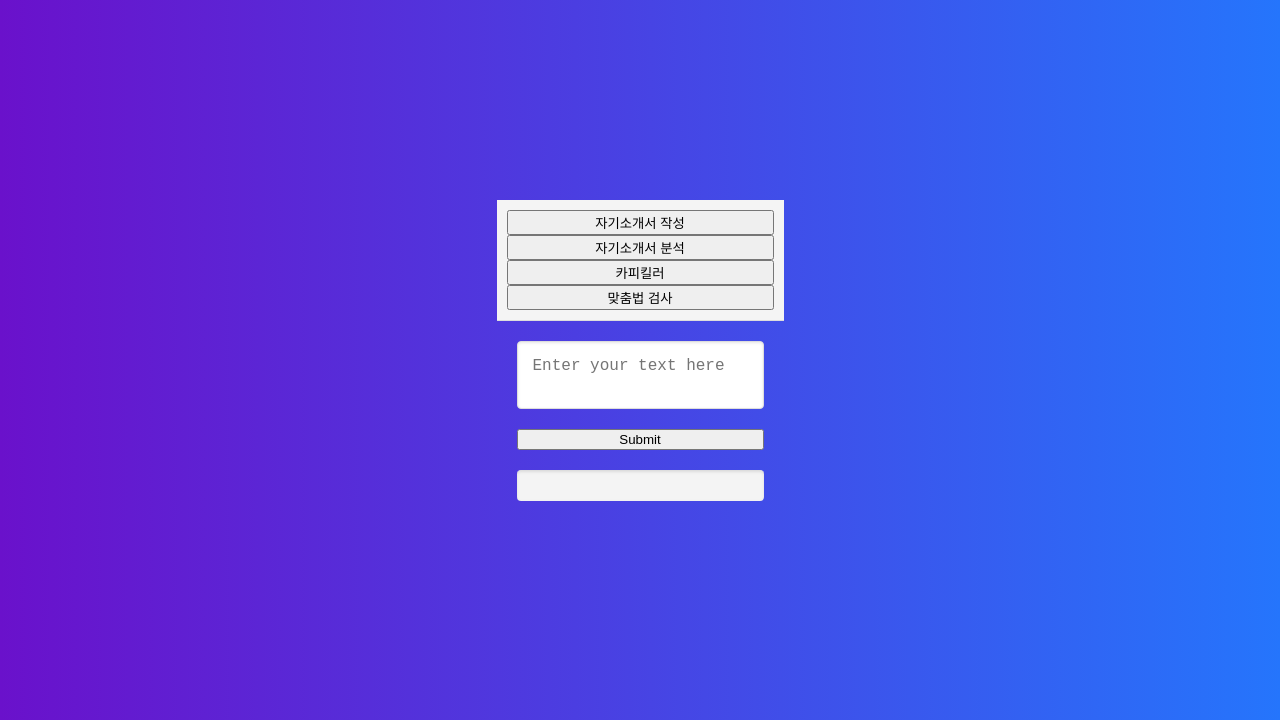
Repository: Choi9912/Flask_IntroduceGPT
Page: http://localhost/
An editor plug-in stored every save of this project. The page is shown before and after the next save, followed by the edit.
The browser window is 1280 px wide. The pictures show the whole page.
The page is served by the project's application, run on Flask 3 (app.py).

Above is the page before, as saved 2024-07-30 12:18:37.

### templates/index.html
<!doctype html>
<html lang="en">
<head>
    <meta charset="UTF-8">
    <title>AI Q&A</title>
    <link rel="stylesheet" href="{{ url_for('static', filename='style.css') }}">
</head>
<body>
    <div class="container">
        <div class="sidebar">
            <button id="sendBtn">자기소개서 작성</button>
            <button id="analyzeBtn">자기소개서 분석</button>
            <button id="plagiarismBtn">카피킬러</button>
            <button id="spellCheckBtn">맞춤법 검사</button>
        </div>
        <div class="content">
            <textarea id="inputArea" placeholder="Enter your text here" spellcheck="false"></textarea>
            <button id="actionBtn">Submit</button>
            <div id="output"></div>
        </div>
    </div>
    <script src="{{ url_for('static', filename='script.js') }}"></script>
</body>
</html>

### app.py
from flask import Flask, request, jsonify, render_template
import requests
import logging
import os

from dotenv import load_dotenv

load_dotenv()
API_URL = os.getenv('API_URL')
# Configure logging
logging.basicConfig(level=logging.DEBUG)

app = Flask(__name__)

class SelfIntroductionAnalyzer:
    def __init__(self, api_url):
        self.api_url = api_url

    def analyze(self, introduction, method):
        if method == 'iterative_refinement':
            return self.iterative_refinement(introduction)
        elif method == 'step_by_step':
            return self.step_by_step(introduction)
        elif method == 'few_shot':
            return self.few_shot(introduction)
        elif method == 'constraint_setting':
            return self.constraint_setting(introduction)
        else:
            return 'Error: Invalid method'

    def iterative_refinement(self, introduction):
        return self.send_request(self.create_messages(introduction))

    def step_by_step(self, introduction):
        steps = [
            "단계 1: 자기소개서를 분석합니다.",
            "단계 2: 주요 포인트와 주제를 식별합니다.",
            "단계 3: 구조와 일관성을 평가합니다."
        ]
        messages = self.create_messages(introduction, " ".join(steps))
        return self.send_request(messages)

    def few_shot(self, introduction):
        examples = [
            {"role": "user", "content": "자기소개서의 강점을 분석해주세요.", "role": "assistant", "content": "자기소개서의 강점은 명확한 목표 설정과 구체적인 경험 사례입니다."},
            {"role": "user", "content": "자기소개서에서 개선할 점을 알려주세요.", "role": "assistant", "content": "자기소개서의 개선할 점은 내용의 일관성과 논리적 흐름입니다."}
        ]
        messages = self.create_messages(introduction, examples=examples)
        return self.send_request(messages)

    def constraint_setting(self, introduction):
        constraints = "최대한 자세하게 알려주세요."
        messages = self.create_messages(introduction, constraints)
        return self.send_request(messages)

    def create_messages(self, introduction, additional_content="", examples=None):
        messages = [
            {"role": "system", "content": "당신은 자기소개서를 분석하는 AI입니다."},
            {"role": "user", "content": f"다음 자기소개서를 분석해주세요: {introduction} {additional_content}"}
        ]
        if examples:
            messages = [{"role": ex["role"], "content": ex["content"]} for ex in examples] + messages
        return messages

    def send_request(self, messages):
        try:
            response = requests.post(self.api_url, json=messages)
            response.raise_for_status()
            return response.json().get('choices')[0]['message']['content']
        except requests.RequestException as e:
            logging.error(f"Error in SelfIntroductionAnalyzer: {e}")
            return 'Error: Unable to get a response from the API'


class SelfIntroductionWriter:
    def __init__(self, api_url):
        self.api_url = api_url

    def write(self, prompt, method):
        if method == 'iterative_refinement':
            return self.iterative_refinement(prompt)
        elif method == 'step_by_step':
            return self.step_by_step(prompt)
        elif method == 'few_shot':
            return self.few_shot(prompt)
        elif method == 'constraint_setting':
            return self.constraint_setting(prompt)
        else:
            return 'Error: Invalid method'

    def iterative_refinement(self, prompt):
        return self.send_request(self.create_messages(prompt))

    def step_by_step(self, prompt):
        steps = [
            "단계 1. 소제목을 넣자: 자기소개서에 소제목을 추가합니다.",
            "단계 2. 두괄식으로 작성하자: 결론부터 말하고 자세한 내용을 덧붙입니다.",
            "단계 3. 문장을 간결하게, 문단을 나눠서 쓰자: 간결하고 명확한 문장을 사용하고, 적절한 문단 나누기로 가독성을 높입니다."
   ]
        messages = self.create_messages(prompt, " ".join(steps))
        return self.send_request(messages)

    def few_shot(self, prompt):
        examples = [
            {
                "role": "user",
                "content": "자기소개서를 작성해주세요.",
                "role": "assistant",
                "content": (
                    "① 경력 소개: 저는 열정적이고 성실한 사람입니다. "
                    "② 성장 과정: 다양한 경험을 통해 성장했습니다. "
                    "③ 결론: 저의 협력과 도전정신을 바탕으로 회사에 기여하고 싶습니다."
                )
            },
            {
                "role": "user",
                "content": "자기소개서의 핵심을 작성해주세요.",
                "role": "assistant",
                "content": (
                    "- 소개: 저는 협력과 도전정신을 중요시합니다. "
                    "- 경험: 항상 새로운 것을 배우고자 합니다. "
                    "- 목표: 이러한 태도로 귀사에 큰 기여를 하고 싶습니다."
                )
            }
        ]
        messages = self.create_messages(prompt, examples=examples)
        return self.send_request(messages)

    def constraint_setting(self, prompt):
        constraints = "소제목을 포함하고, 두괄식으로 작성하며, 문장을 간결하게 쓰고, 문단을 나누어 주세요."
        messages = self.create_messages(prompt, constraints)
        return self.send_request(messages)

    def create_messages(self, prompt, additional_content="", examples=None):
        messages = [
            {"role": "system", "content": "당신은 자기소개서를 작성하는 AI입니다."},
            {"role": "user", "content": f"다음 프롬프트로 자기소개서를 작성해주세요: {prompt} {additional_content}"}
        ]
        if examples:
            messages = [{"role": ex["role"], "content": ex["content"]} for ex in examples] + messages
        return messages

    def send_request(self, messages):
        try:
            response = requests.post(self.api_url, json=messages)
            response.raise_for_status()
            return response.json().get('choices')[0]['message']['content']
        except requests.RequestException as e:
            logging.error(f"Error in SelfIntroductionWriter: {e}")
            return 'Error: Unable to get a response from the API'



class PlagiarismDetector:
    def __init__(self, api_url):
        self.api_url = api_url

    def check_plagiarism(self, text, method):
        if method == 'iterative_refinement':
            return self.iterative_refinement(text)
        elif method == 'step_by_step':
            return self.step_by_step(text)
        elif method == 'few_shot':
            return self.few_shot(text)
        elif method == 'constraint_setting':
            return self.constraint_setting(text)
        else:
            return 'Error: Invalid method'

    def iterative_refinement(self, text):
        return self.send_request(self.create_messages(text))

    def step_by_step(self, text):
        steps = [
            "단계 1: 텍스트를 분석합니다.",
            "단계 2: 주요 포인트와 주제를 식별합니다.",
            "단계 3: 문장 구조와 단어 선택을 평가합니다.",
            "단계 4: 아이디어의 독창성을 평가합니다.",
            "단계 5: 다른 출처와의 유사성을 평가합니다."
        ]
        messages = self.create_messages(text, " ".join(steps))
        return self.send_request(messages)

    def few_shot(self, text):
        examples = [
            {"role": "user", "content": "다음 텍스트의 표절 여부를 검사해주세요.", "role": "assistant", "content": "이 텍스트는 다음 알려진 텍스트와 유사합니다: [알려진 텍스트]."},
            {"role": "user", "content": "이 텍스트는 표절인가요?", "role": "assistant", "content": "이 텍스트는 [알려진 텍스트]와 유사하므로 표절로 간주됩니다."}
        ]
        messages = self.create_messages(text, examples=examples)
        return self.send_request(messages)

    def constraint_setting(self, text):
        constraints = "텍스트의 모든 부분을 꼼꼼히 검사하고, 문장 구조, 단어 선택, 아이디어의 독창성을 고려하여 다른 출처와의 유사성을 평가해주세요."
        messages = self.create_messages(text, constraints)
        return self.send_request(messages)

    def create_messages(self, text, additional_content="", examples=None):
        messages = [
            {"role": "system", "content": "당신은 텍스트를 분석하여 표절 여부를 판단하는 AI입니다."},
            {"role": "user", "content": f"다음 텍스트의 표절 여부를 검사해주세요: {text} {additional_content}"}
        ]
        if examples:
            messages = [{"role": ex["role"], "content": ex["content"]} for ex in examples] + messages
        return messages

    def send_request(self, messages):
        try:
            response = requests.post(self.api_url, json=messages)
            response.raise_for_status()
            return response.json().get('choices')[0]['message']['content']
        except requests.RequestException as e:
            logging.error(f"Error in PlagiarismDetector: {e}")
            return 'Error: Unable to get a response from the API'



class SpellChecker:
    def __init__(self, api_url):
        self.api_url = api_url

    def check(self, text, method):
        if method == 'iterative_refinement':
            return self.iterative_refinement(text)
        elif method == 'step_by_step':
            return self.step_by_step(text)
        elif method == 'few_shot':
            return self.few_shot(text)
        elif method == 'constraint_setting':
            return self.constraint_setting(text)
        else:
            return 'Error: Invalid method'

    def iterative_refinement(self, text):
        return self.send_request(self.create_messages(text))

    def step_by_step(self, text):
        steps = [
            "단계 1: 텍스트를 분석합니다.",
            "단계 2: 철자 오류를 식별합니다.",
            "단계 3: 문법 오류를 식별합니다.",
            "단계 4: 문장 구조를 평가합니다.",
            "단계 5: 전체 텍스트의 일관성을 평가합니다."
        ]
        messages = self.create_messages(text, " ".join(steps))
        return self.send_request(messages)

    def few_shot(self, text):
        examples = [
            {"role": "user", "content": "다음 텍스트의 맞춤법을 검사해주세요.", "role": "assistant", "content": "이 텍스트에는 다음과 같은 철자 오류가 있습니다: [오류 예시]."},
            {"role": "user", "content": "이 텍스트의 문법 오류를 수정해주세요.", "role": "assistant", "content": "이 텍스트에는 다음과 같은 문법 오류가 있습니다: [오류 예시]."}
        ]
        messages = self.create_messages(text, examples=examples)
        return self.send_request(messages)

    def constraint_setting(self, text):
        constraints = "텍스트의 철자와 문법을 철저히 검사하고, 문장 구조와 일관성을 고려하여 전체 텍스트를 평가해주세요."
        messages = self.create_messages(text, constraints)
        return self.send_request(messages)

    def create_messages(self, text):
        return [
            {"role": "system", "content": "당신은 맞춤법 검사 AI입니다."},
            {"role": "user", "content": f"다음 글의 맞춤법을 확인해주세요: {text}"}
        ]

    def send_request(self, messages):
        try:
            response = requests.post(self.api_url, json=messages)
            response.raise_for_status()
            return response.json().get('choices')[0]['message']['content']
        except requests.RequestException as e:
            logging.error(f"Error in SpellChecker: {e}")
            return 'Error: Unable to get a response from the API'


class PromptOptimizerApp:
    def __init__(self, analyzer, writer, plagiarism_detector, spell_checker):
        self.app = Flask(__name__)
        self.analyzer = analyzer
        self.writer = writer
        self.plagiarism_detector = plagiarism_detector
        self.spell_checker = spell_checker
        self.setup_routes()

    def setup_routes(self):
        self.app.add_url_rule('/', 'index', self.index)
        self.app.add_url_rule('/generate', 'generate', self.generate, methods=['POST'])
        self.app.add_url_rule('/analyze', 'analyze', self.analyze_route, methods=['POST'])
        self.app.add_url_rule('/write', 'write', self.write_route, methods=['POST'])
        self.app.add_url_rule('/plagiarism_check', 'plagiarism_check', self.plagiarism_check_route, methods=['POST'])
        self.app.add_url_rule('/spell_check', 'spell_check', self.spell_check_route, methods=['POST'])

    def index(self):
        return render_template('index.html')

    def generate(self):
        data = request.get_json()
        question = data.get('question')
        logging.debug(f"Received question: {question}")

        answer = self.writer.iterative_refinement(question)
        return jsonify({'answer': answer})

    def analyze_route(self):
        data = request.get_json()
        introduction = data.get('introduction')
        method = data.get('method', 'iterative_refinement')  # Default to 'iterative_refinement'
        logging.debug(f"Received introduction: {introduction} with method: {method}")
        analysis = self.analyzer.analyze(introduction, method)
        return jsonify({'analysis': analysis})

    def write_route(self):
        data = request.get_json()
        prompt = data.get('prompt')
        method = data.get('method', 'iterative_refinement')  # Default to 'iterative_refinement'
        logging.debug(f"Received prompt: {prompt} with method: {method}")
        writing = self.writer.write(prompt, method)
        return jsonify({'writing': writing})

    def plagiarism_check_route(self):
        data = request.get_json()
        text = data.get('text')
        method = data.get('method', 'iterative_refinement')  # Default to 'iterative_refinement'
        logging.debug(f"Received text for plagiarism check: {text} with method: {method}")
        report = self.plagiarism_detector.check_plagiarism(text, method)

        return jsonify({'plagiarism_report': report})


    def spell_check_route(self):
        data = request.get_json()
        text = data.get('text')
        method = data.get('method', 'iterative_refinement')  # Default to 'iterative_refinement'
        logging.debug(f"Received text for spell check: {text} with method: {method}")
        report = self.spell_checker.check(text, method)
        return jsonify({'spell_check_report': report})

    def run(self):
        self.app.run(debug=True)

if __name__ == '__main__':
    analyzer = SelfIntroductionAnalyzer(API_URL)
    writer = SelfIntroductionWriter(API_URL)
    plagiarism_detector = PlagiarismDetector(API_URL)
    spell_checker = SpellChecker(API_URL)
    app_instance = PromptOptimizerApp(analyzer, writer, plagiarism_detector, spell_checker)
    app_instance.run()

### static/style.css
body {
    margin: 0;
    font-family: 'Roboto', sans-serif;
    background: linear-gradient(to right, #6a11cb, #2575fc);
    display: flex;
    justify-content: center;
    align-items: center;
    min-height: 100vh;
}

.app-container {
    display: flex;
    flex-direction: column;
    width: 100%;
    max-width: 480px;
    border-radius: 10px;
    box-shadow: 0 8px 16px rgba(0, 0, 0, 0.2);
    background-color: #ffffff;
    overflow: hidden;
    animation: fadeIn 1s ease-in-out;
}

.header {
    background-color: #007bff;
    color: #ffffff;
    text-align: center;
    padding: 15px;
}

.sidebar {
    display: flex;
    flex-direction: column;
    padding: 10px;
    background-color: #f4f4f4;
    border-bottom: 1px solid #ddd;
    animation: slideIn 0.5s ease-in-out;
}

.sidebar-btn {
    padding: 10px;
    margin: 5px 0;
    border: none;
    border-radius: 4px;
    background-color: #007bff;
    color: #ffffff;
    cursor: pointer;
    font-size: 14px;
    transition: background-color 0.3s, box-shadow 0.3s, transform 0.3s;
}

.sidebar-btn:hover {
    background-color: #0056b3;
    box-shadow: 0 4px 8px rgba(0, 0, 0, 0.1);
    transform: translateY(-2px);
}

.content {
    padding: 20px;
    position: relative;
    animation: fadeIn 1s ease-in-out;
    display: flex;
    flex-direction: column;
}

#inputArea {
    flex: 1;
    margin-bottom: 20px;
    padding: 15px;
    font-size: 16px;
    border: 1px solid #ddd;
    border-radius: 4px;
    resize: none;
    box-shadow: inset 0 1px 3px rgba(0, 0, 0, 0.1);
    transition: border-color 0.3s, box-shadow 0.3s;
}

#inputArea:focus {
    border-color: #007bff;
    box-shadow: 0 0 5px rgba(0, 123, 255, 0.5);
}

.submit-btn {
    padding: 10px;
    cursor: pointer;
    background-color: #007bff;
    color: #fff;
    border: none;
    border-radius: 4px;
    font-size: 16px;
    transition: background-color 0.3s, box-shadow 0.3s, transform 0.3s;
    align-self: flex-end;
}

.submit-btn:hover {
    background-color: #0056b3;
    box-shadow: 0 4px 8px rgba(0, 0, 0, 0.1);
    transform: translateY(-2px);
}

#output {
    margin-top: 20px;
    border-top: 1px solid #ddd;
    padding: 15px;
    background-color: #f4f4f4;
    border-radius: 4px;
    box-shadow: inset 0 1px 3px rgba(0, 0, 0, 0.1);
    animation: fadeIn 1s ease-in-out;
}

/* Animations */
@keyframes fadeIn {
    from { opacity: 0; }
    to { opacity: 1; }
}

@keyframes slideIn {
    from { transform: translateY(-100%); }
    to { transform: translateY(0); }
}

### static/script.js
document.addEventListener('DOMContentLoaded', function() {
    const sendBtn = document.getElementById('sendBtn');
    const analyzeBtn = document.getElementById('analyzeBtn');
    const plagiarismBtn = document.getElementById('plagiarismBtn');
    const spellCheckBtn = document.getElementById('spellCheckBtn');
    const actionBtn = document.getElementById('actionBtn');
    const inputArea = document.getElementById('inputArea');
    const outputDiv = document.getElementById('output');

    let currentAction = null;

    sendBtn.addEventListener('click', () => {
        currentAction = 'generate';
        inputArea.placeholder = 'Enter your question here';
    });

    analyzeBtn.addEventListener('click', () => {
        currentAction = 'analyze';
        inputArea.placeholder = 'Enter your self-introduction here';
    });

    plagiarismBtn.addEventListener('click', () => {
        currentAction = 'plagiarism_check';
        inputArea.placeholder = 'Enter your text for plagiarism check';
    });

    spellCheckBtn.addEventListener('click', () => {
        currentAction = 'spell_check';
        inputArea.placeholder = 'Enter your text for spell check';
    });

    actionBtn.addEventListener('click', () => {
        const text = inputArea.value;
        if (text.trim() === '' || !currentAction) return;

        let url;
        const body = {};

        switch (currentAction) {
            case 'generate':
                url = '/generate';
                body.question = text;
                break;
            case 'analyze':
                url = '/analyze';
                body.introduction = text;
                body.method = 'iterative_refinement'; // Default method
                break;
            case 'plagiarism_check':
                url = '/plagiarism_check';
                body.text = text;
                body.method = 'iterative_refinement'; // Default method
                break;
            case 'spell_check':
                url = '/spell_check';
                body.text = text;
                body.method = 'iterative_refinement'; // Default method
                break;
            default:
                return;
        }

        console.log(`Sending request to ${url} with body:`, body);

        actionBtn.disabled = true;
        outputDiv.textContent = 'Loading...';

        fetch(url, {
            method: 'POST',
            headers: {
                'Content-Type': 'application/json'
            },
            body: JSON.stringify(body)
        })
        .then(response => response.json())
        .then(data => {
            console.log('Received response:', data);
            let resultText;
            switch (currentAction) {
                case 'generate':
                    resultText = `Generated Response: ${data.answer || 'No response'}`;
                    break;
                case 'analyze':
                    resultText = `Analysis Result: ${data.analysis || 'No response'}`;
                    break;
                case 'plagiarism_check':
                    resultText = `Plagiarism Report: ${data.plagiarism_report || 'No report'}`;
                    break;
                case 'spell_check':
                    resultText = `Spell Check Report: ${data.spell_check_report || 'No report'}`;
                    break;
                default:
                    resultText = 'No valid action performed.';
            }
            outputDiv.textContent = resultText;
        })
        .catch(error => {
            console.error('Error:', error);
            outputDiv.textContent = 'Error: Unable to get a response from the server.';
        })
        .finally(() => {
            // Re-enable the action button and clear the input
            actionBtn.disabled = false;
            inputArea.value = '';
        });
    });
});

After the next save:
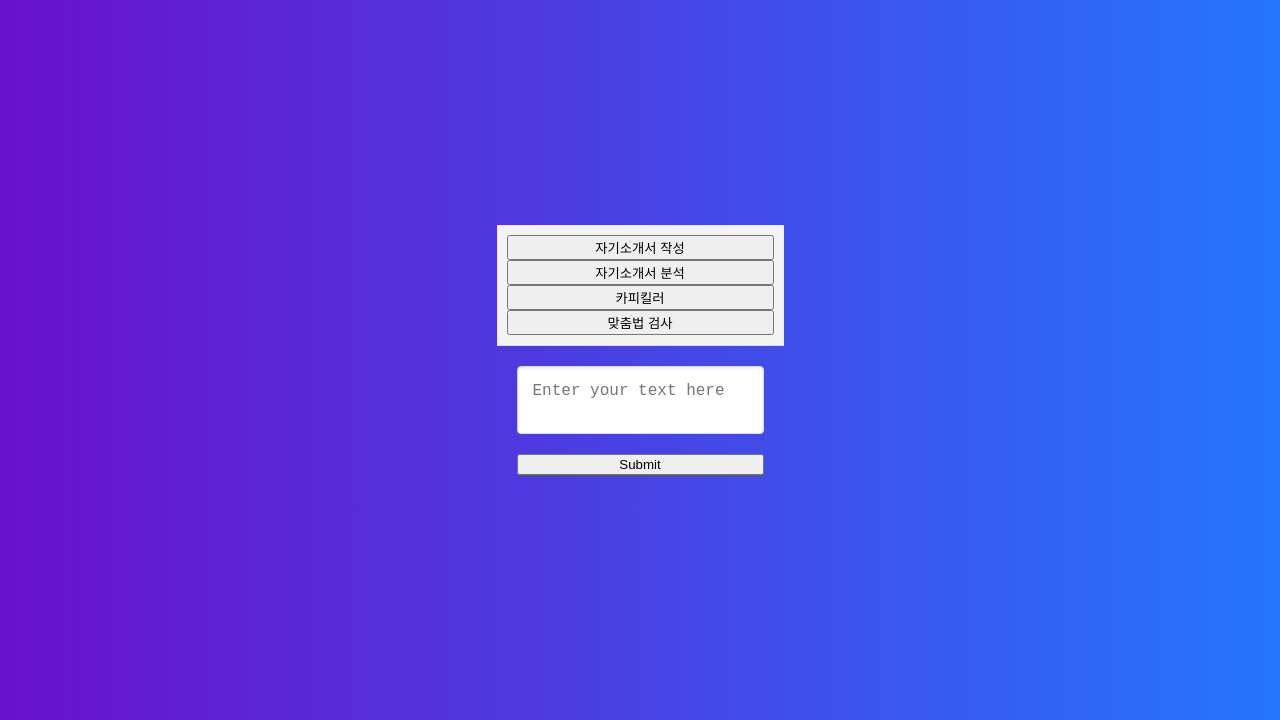
Saved 59 s later.
--- a/static/style.css
+++ b/static/style.css
@@ -93,27 +93,4 @@ body {
 
 .submit-btn:hover {
     background-color: #0056b3;
-    box-shadow: 0 4px 8px rgba(0, 0, 0, 0.1);
-    transform: translateY(-2px);
-}
-
-#output {
-    margin-top: 20px;
-    border-top: 1px solid #ddd;
-    padding: 15px;
-    background-color: #f4f4f4;
-    border-radius: 4px;
-    box-shadow: inset 0 1px 3px rgba(0, 0, 0, 0.1);
-    animation: fadeIn 1s ease-in-out;
-}
-
-/* Animations */
-@keyframes fadeIn {
-    from { opacity: 0; }
-    to { opacity: 1; }
-}
-
-@keyframes slideIn {
-    from { transform: translateY(-100%); }
-    to { transform: translateY(0); }
-}
+    box-shadow: 0 4px
